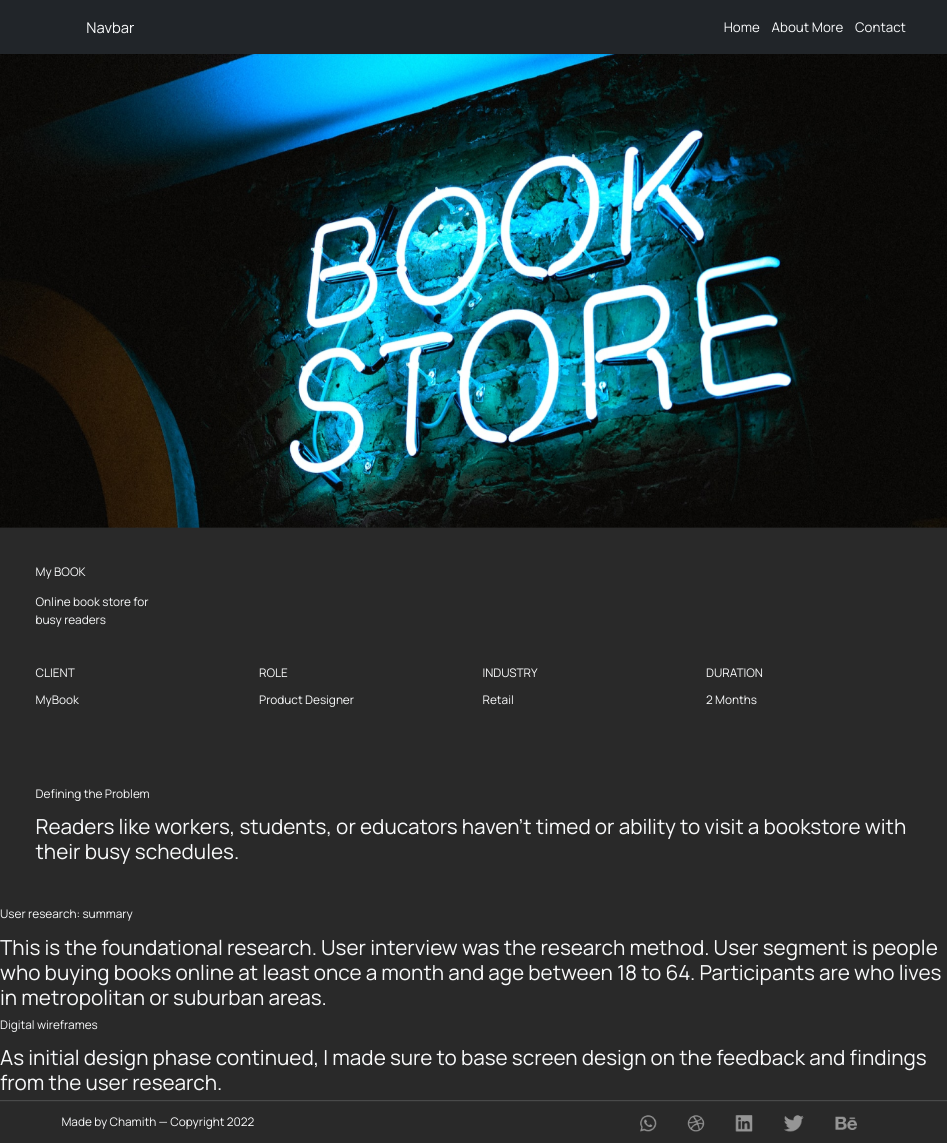
Repository: Realchamithweb/chamith-html
Page: work.html
These files come from the project's save history. The page is drawn as it stood at one moment and after a run of saves; the edit follows.
The browser window is 1280 px wide. The pictures show the whole page, at 74% of full size.

Above is the page before, as saved 2023-01-24 07:24:34.

After the next 4 saves:
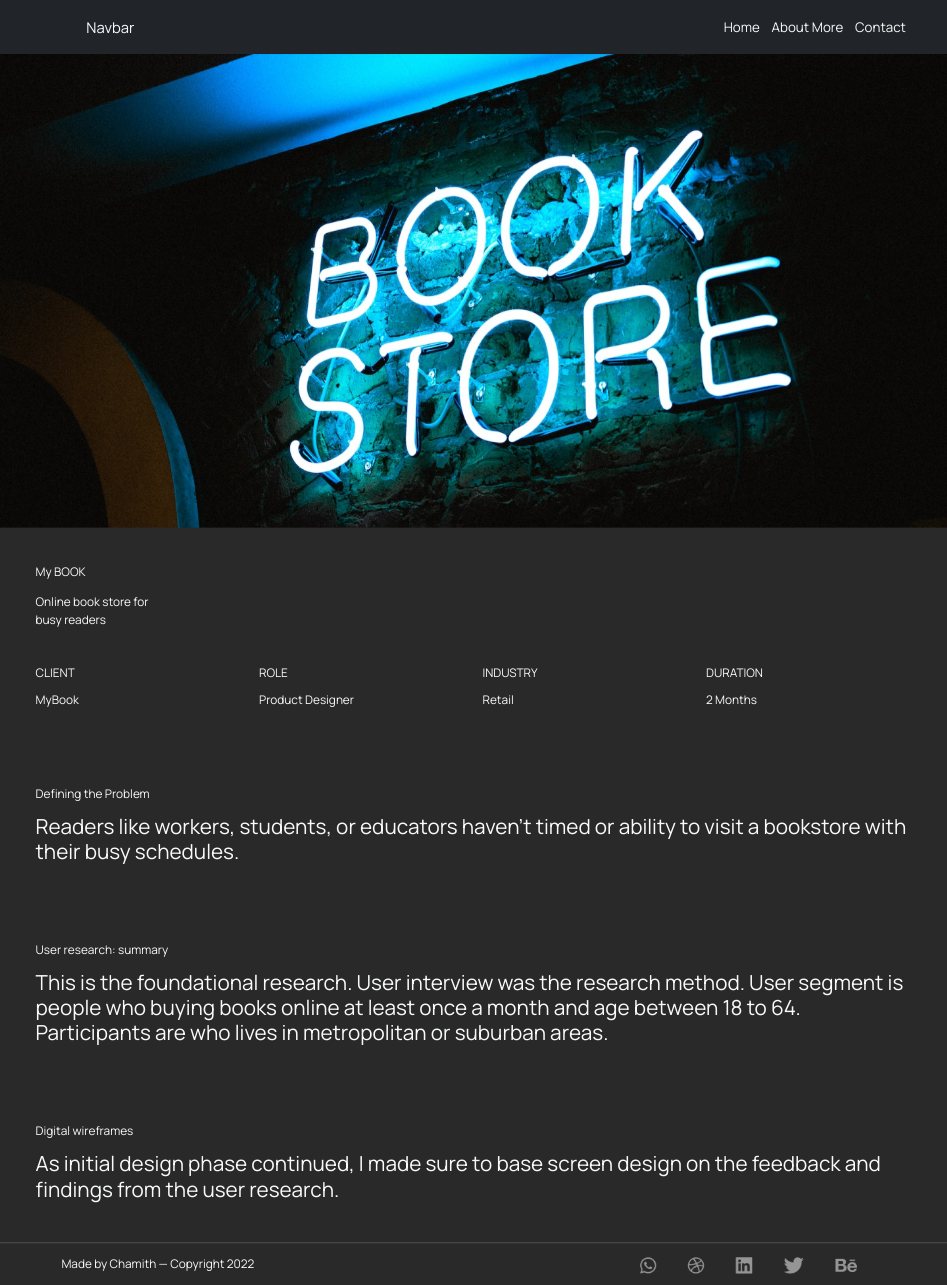
The 4 saves are shown as one change because they came seconds apart.
The last was saved 21 s later.
--- a/work.html
+++ b/work.html
@@ -77,7 +77,7 @@
                 </div>
             </section>
             <section>
-                <div class="row">
+                <div class="row p-5">
                     <div class="col-lg-12 text-light">
                         <p>User research: summary</p>
                         <h3>This is the foundational research. User interview was the research method. User segment is people who buying books online at least once a month and age between 18 to 64. Participants are who lives in metropolitan or suburban areas.</h3>
@@ -85,7 +85,7 @@
                 </div>
             </section>
             <section>
-                <div class="row">
+                <div class="row p-5">
                     <div class="col-lg-12 text-light">
                         <p>Digital wireframes</p>
                         <h3>As initial design phase continued, I made sure to base screen design on the feedback and findings from the user research.</h3>
